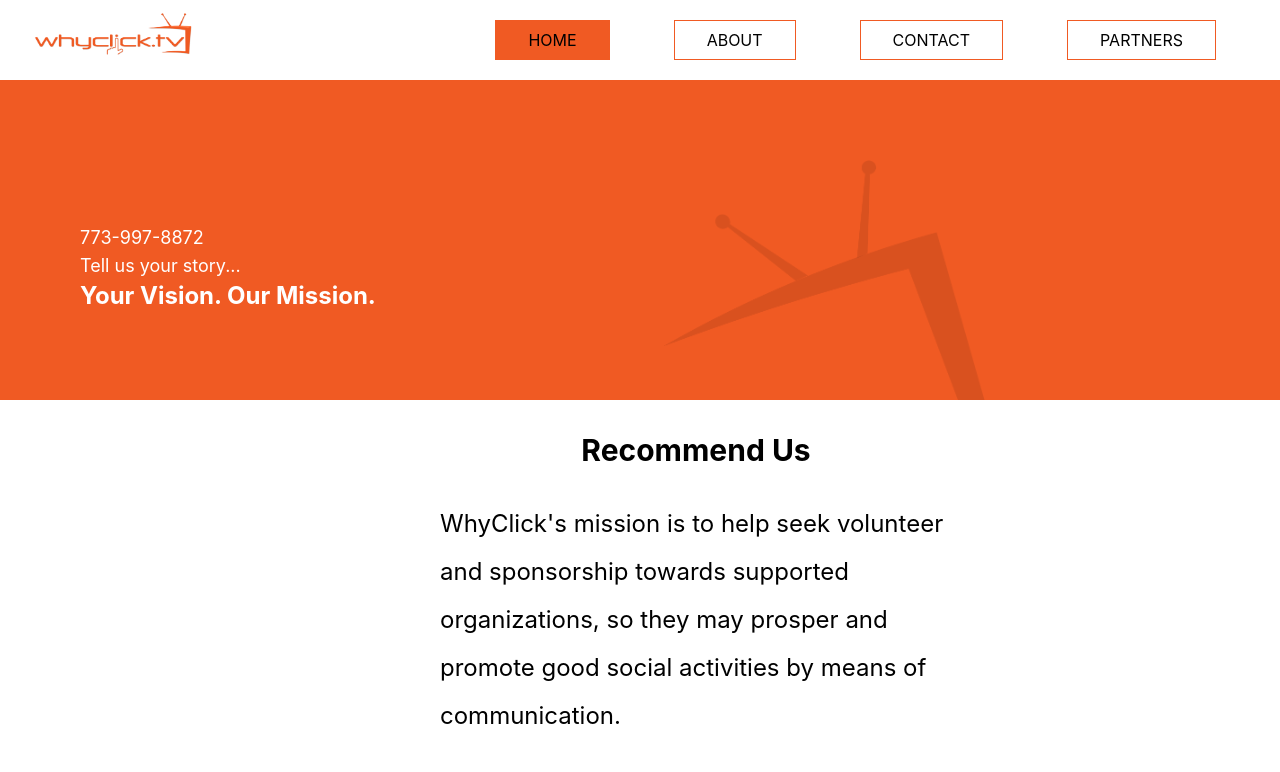
Repository: legenddev1202/whyclicktv
Page: /
An editor plug-in stored every save of this project. The page is shown before and after the next save, followed by the edit.
The browser window is 1280 px wide. The pictures show the whole page.
The project was rebuilt for these pictures with package versions that can differ from the ones it lists, and the page was loaded fresh each time. Also part of the build but not shown: src/pages/about.js, src/App.css.

Above is the page before, as saved 2022-03-30 16:42:47.

### src/index.css
@tailwind base;
@tailwind components;
@tailwind utilities;

body {
  margin: 0;
  font-family: -apple-system, BlinkMacSystemFont, "Segoe UI", "Roboto", "Oxygen",
    "Ubuntu", "Cantarell", "Fira Sans", "Droid Sans", "Helvetica Neue",
    sans-serif;
  -webkit-font-smoothing: antialiased;
  -moz-osx-font-smoothing: grayscale;
  height: 100%;
  min-height: 500px;
}

code {
  font-family: source-code-pro, Menlo, Monaco, Consolas, "Courier New",
    monospace;
}

### src/App.js
import { Routes, Route, Link } from "react-router-dom";
import Home from "./pages/home";
import About from "./pages/about";
import "./App.css";

function App() {
  return (
    <Routes>
      <Route path="/" element={<Home />} />
      <Route path="about" element={<About />} />
    </Routes>
  );
}

export default App;

### src/pages/home.js
import React from "react";
import { Routes, Route, Link } from "react-router-dom";

function Home() {
  return (
    <>
      <div className="bg-transparent w-full h-20 flex items-center px-8 justify-between">
        <div className="h-20">
          <img
            className="logo-icon h-full"
            src="assets/images/logos/logo.svg"
            alt="logo"
          />
        </div>
        <div className="">
          <button
            className="h-10 px-8 mx-8 border"
            style={{ borderColor: "#F05A23", backgroundColor: "#F05A23" }}
          >
            <Link to="/">HOME</Link>
          </button>
          <button
            className="h-10 px-8 mx-8 border"
            style={{ borderColor: "#F05A23" }}
          >
            <Link to="/about">ABOUT</Link>
          </button>
          <button
            className="h-10 px-8 mx-8 border"
            style={{ borderColor: "#F05A23" }}
          >
            <Link to="/contact">CONTACT</Link>
          </button>
          <button
            className="h-10 px-8 mx-8 border"
            style={{ borderColor: "#F05A23" }}
          >
            <Link to="/contact">PARTNERS</Link>
          </button>
        </div>
      </div>
      <div className="h-full w-full bg-slate-300">
        <div
          className="h-80 relative overflow-hidden"
          style={{ backgroundColor: "#F05A23" }}
        >
          <img
            className="logo-icon h-full absolute -bottom-20 right-72"
            src="assets/images/logos/tv-logo.png"
            alt="logo"
          />
          <div className="p-20 pt-36">
            <div className="text-lg text-white">773-997-8872</div>
            <div className="text-lg text-white">Tell us your story...</div>
            <div className="text-2xl font-bold text-white">
              Your Vision. Our Mission.
            </div>
          </div>
        </div>
      </div>
      <div className="w-full p-8 pl-36 flex flex-col items-center justify-center">
        <div className="text-3xl font-bold">Recommend Us</div>
        <div className="text-2xl max-w-lg pt-8 leading-loose">
          WhyClick's mission is to help seek volunteer and sponsorship towards
          supported organizations, so they may prosper and promote good social
          activities by means of communication.
        </div>
      </div>
    </>
  );
}
export default Home;

Loaded but not shown: public/index.html (common file); src/index.js (common file); src/reportWebVitals.js (common file); tailwind.config.js (common file)

After the next save:
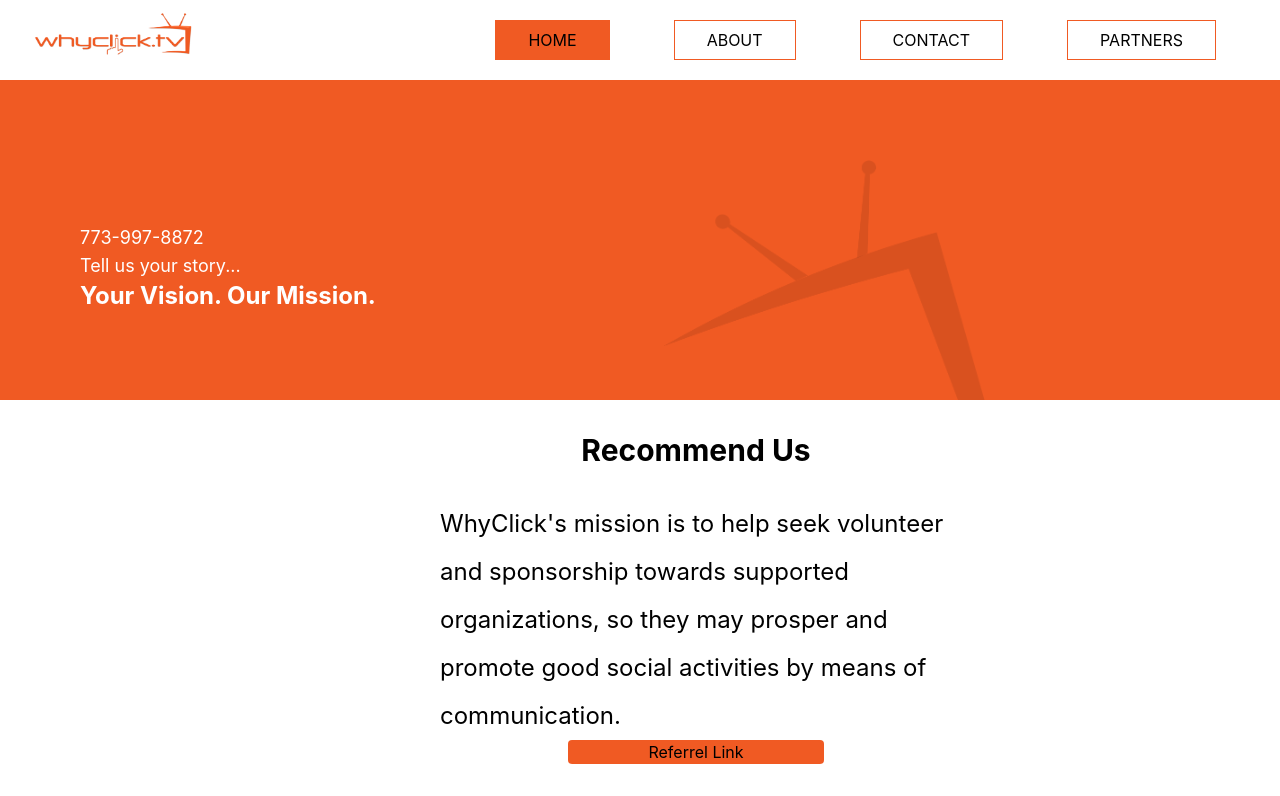
Saved 89 s later.
--- a/src/pages/home.js
+++ b/src/pages/home.js
@@ -65,6 +65,12 @@ function Home() {
           supported organizations, so they may prosper and promote good social
           activities by means of communication.
         </div>
+        <button
+          className="rounded px-20"
+          style={{ backgroundColor: "#F05A23" }}
+        >
+          Referrel Link
+        </button>
       </div>
     </>
   );
